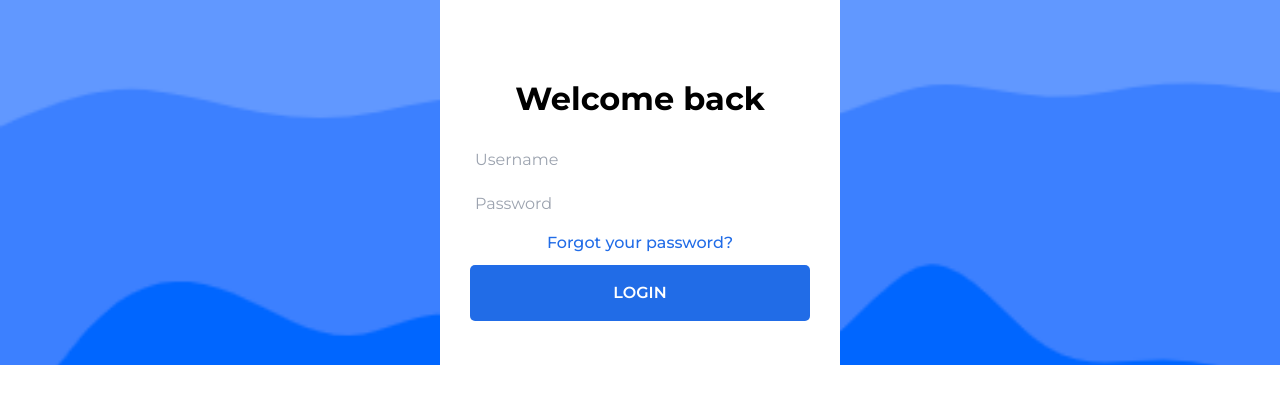
Repository: SatohJiro/CourseSale
Page: /
An editor plug-in stored every save of this project. The page is shown before and after the next save, followed by the edit.
The browser window is 1280 px wide. The pictures show the whole page.
The project was rebuilt for these pictures with package versions that can differ from the ones it lists, and the page was loaded fresh each time. Also part of the build but not shown: src/pages/Home/index.js, src/pages/Courses/index.js, src/layout/DefaultLayout/DefaultLayout.module.scss, src/layout/components/Header/Header.module.scss, src/layout/components/Header/index.js, src/layout/components/Sidebar/Sidebar.module.scss, src/layout/components/Sidebar/index.js, src/layout/DefaultLayout/index.js.

Above is the page before, as saved 2022-12-05 11:07:13.

After the next save:
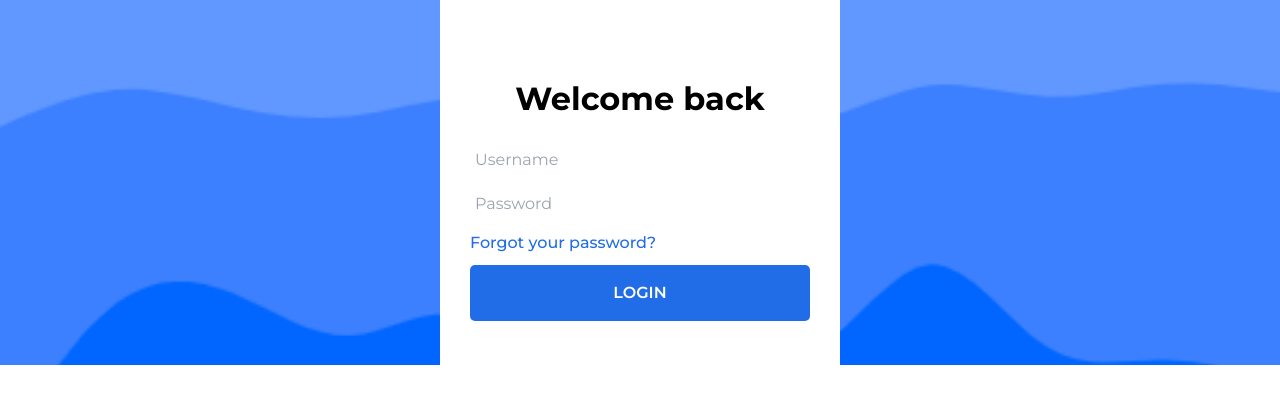
Saved 17 s later.
--- a/src/pages/Login/Login.jsx
+++ b/src/pages/Login/Login.jsx
@@ -9,7 +9,7 @@ const Login = () => {
           <form action="" className="grid gap-4">
             <input className="p-2" type="text" placeholder="Username" />
             <input className="p-2" type="password" placeholder="Password" />
-            <a href="#" className="text-link font-medium">
+            <a href="#" className="text-link font-medium text-left">
               Forgot your password?
             </a>
             <button className="uppercase font-semibold w-full h-[56px] py-4 bg-link text-white rounded-lg">
